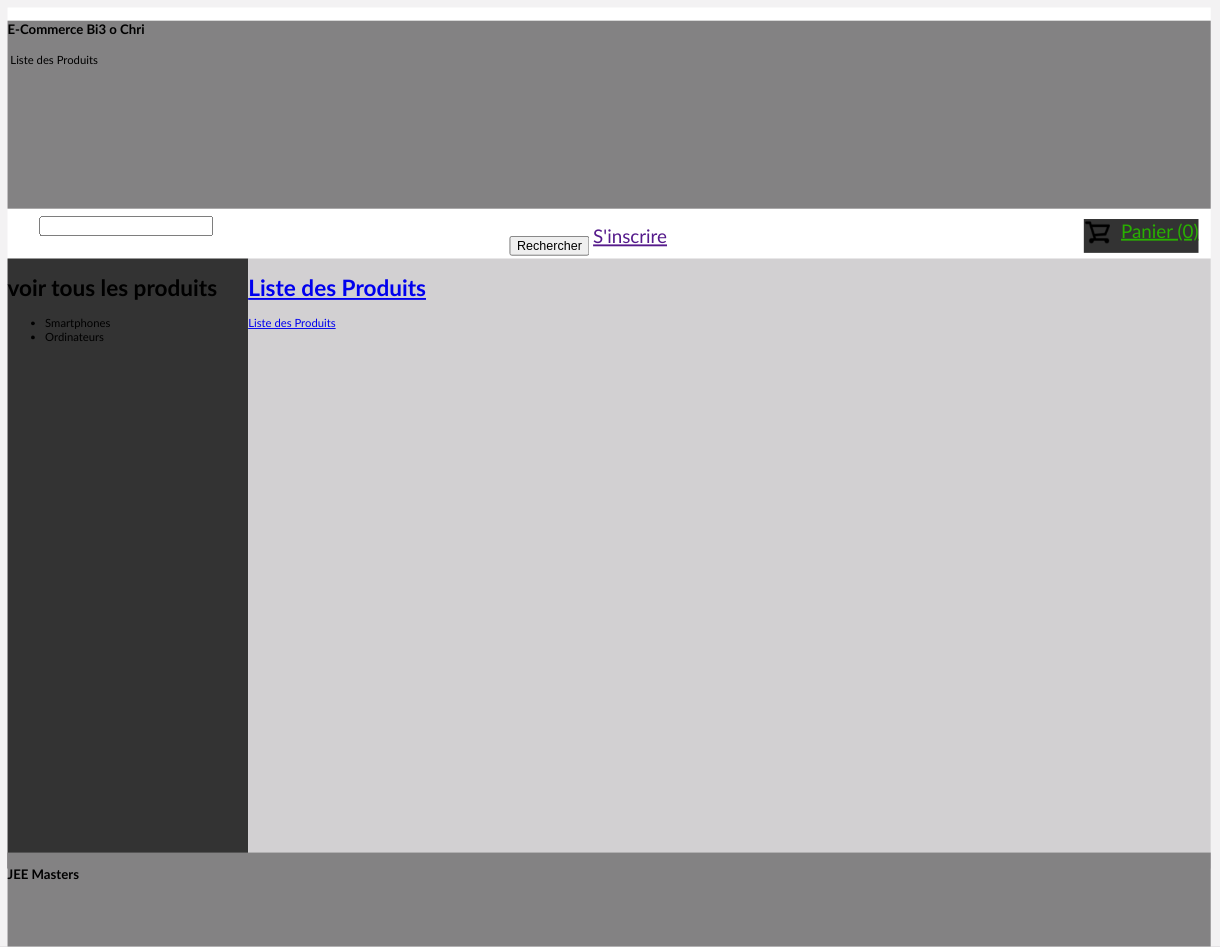
Repository: EBusinesss/Ebusiness
Page: http://localhost/EcomWEB/
The author's editor kept a copy of each file at every save. The page is drawn from the files as they stood at one save, then again after the next save.
The browser window is 1280 px wide. The page is 1298 px wide, so the pictures cover 1298 px, including what lies to the right of the window. The pictures show the whole page, at 94% of full size.
The page is served by Tomcat 9. Nobody is signed in. The application's start-up code is not run.

Above is the page before, as saved 2014-12-25 15:11:01.

After the next save:
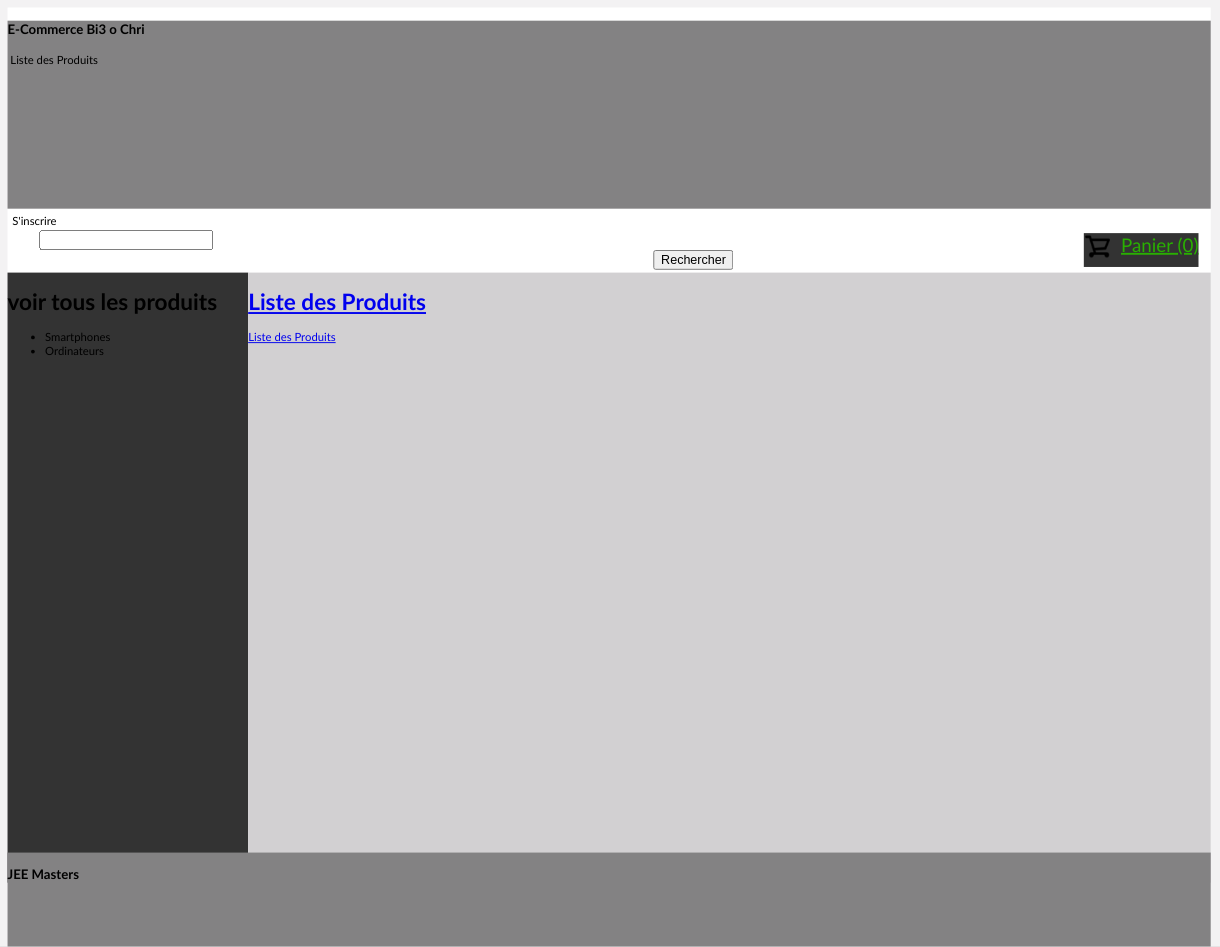
Saved 8 s later.
--- a/Workspace/EcomWEB/WebContent/index.jsp
+++ b/Workspace/EcomWEB/WebContent/index.jsp
@@ -1,10 +1,12 @@
-<%@ page language="java" contentType="text/html; charset=ISO-8859-1" pageEncoding="ISO-8859-1"%>
+<%@ page language="java" contentType="text/html; charset=ISO-8859-1"
+	pageEncoding="ISO-8859-1"%>
 
 
 <!DOCTYPE html PUBLIC "-//W3C//DTD HTML 4.01 Transitional//EN" "http://www.w3.org/TR/html4/loose.dtd">
 <html>
 <head>
-<script Src="./functions/functions.js" Language="javascript" type="text/javascript"></script>
+<script Src="./functions/functions.js" Language="javascript"
+	type="text/javascript"></script>
 <link rel="stylesheet" type="text/css" href="./style/style.css" />
 <meta http-equiv="Content-Type" content="text/html; charset=ISO-8859-1">
 <title>Insert title here</title>
@@ -12,33 +14,34 @@
 <body>
 
 
-<div id="wrapper">
+	<div id="wrapper">
 
-	<div id="header">
-	<h3>E-Commerce Bi3 o Chri</h3>
+		<div id="header">
+			<h3>E-Commerce Bi3 o Chri</h3>
 
 			<table>
-			<tr>
-				<td> <a onclick="listOfProducts()"> Liste des Produits </a> </td>
-			</tr>
+				<tr>
+					<td><a onclick="listOfProducts()"> Liste des Produits </a></td>
+				</tr>
 			</table>
 
-	</div>
+		</div>
 
-	<div id="navigation">
+		<div id="navigation">
 
 			<table class="tableNavig">
-			<tr>
-				<td>
-					<input type="text" id="nomProduitRecherche" height="10" width="25" onkeydown="if (event.keyCode==13) document.getElementById('btnSearch').click()" >
-					<div align="right" colspan="3">
-						<button onclick="Rechercher()" type="button" id="btnSearch">Rechercher</button>
-					</div>
-				</td>
+				<tr>
+					<td><input type="text" id="nomProduitRecherche" height="10"
+						width="25"
+						onkeydown="if (event.keyCode==13) document.getElementById('btnSearch').click()">
+						<div align="right" colspan="3">
+							<button onclick="Rechercher()" type="button" id="btnSearch">Rechercher</button>
+						</div></td> S'inscrire
+					</a> </td>
 
-				<td> <a href=""> S'inscrire</a> </td>
 
-				<td>
+
+					<td>
 					<div class="Basket">
 							<div class="icn-Basket"></div>
 							<a href="" class="HeaderLink" target="_top">
@@ -63,7 +66,9 @@
 	</div>
 
 	<div id="content">
-	<h1><a href="http://localhost:8080/EcomWEB/ListProductServlet">Liste des Produits </a><br></h1>
+	<h1>
+				<a href="http://localhost:8080/EcomWEB/ListProductServlet">Liste des Produits </a><br>
+			</h1>
 
 	<a href="http://localhost:8080/EcomWEB/ListProductServlet">Liste des Produits </a>
 	</div>

After the save that followed:
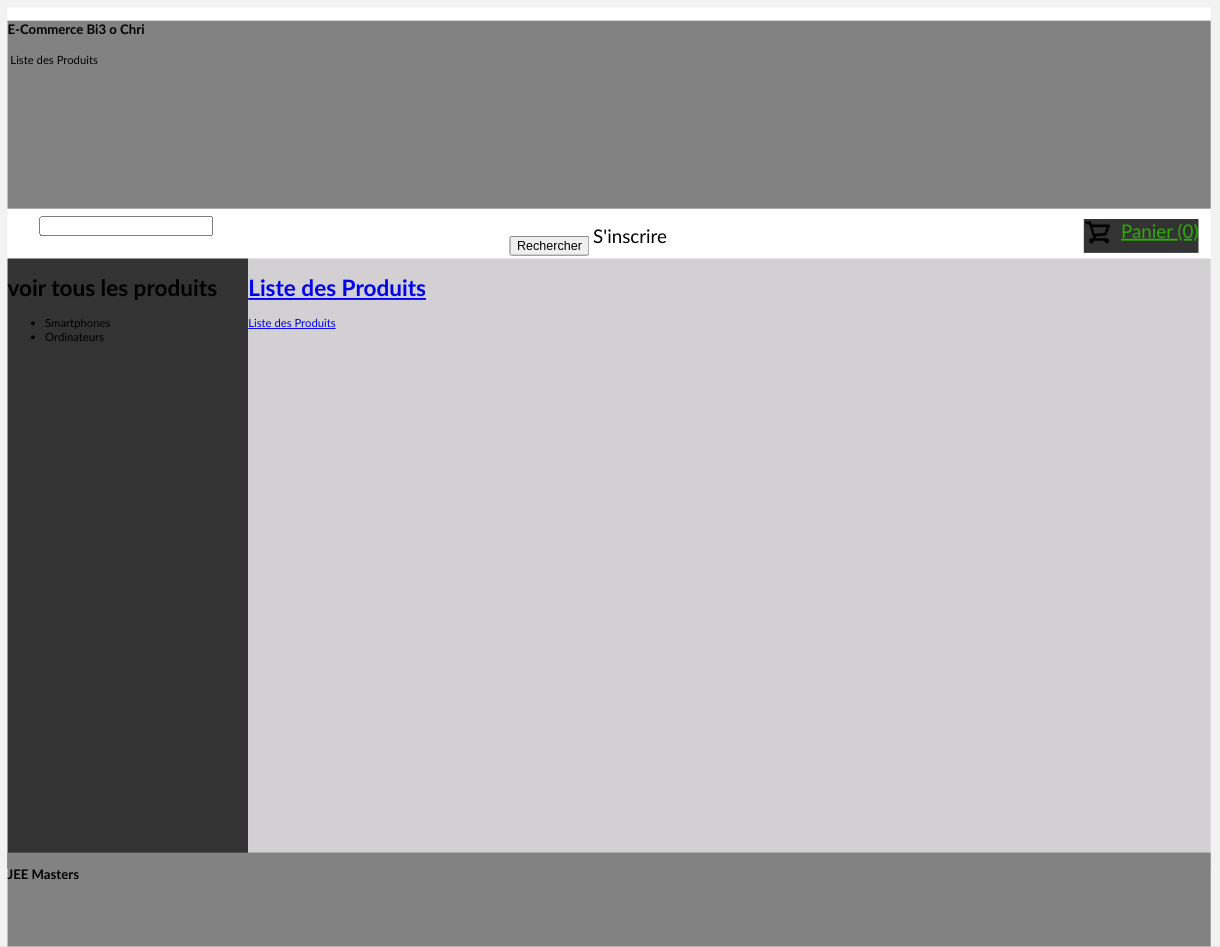
Saved 68 s later.
--- a/Workspace/EcomWEB/WebContent/index.jsp
+++ b/Workspace/EcomWEB/WebContent/index.jsp
@@ -34,9 +34,12 @@
 					<td><input type="text" id="nomProduitRecherche" height="10"
 						width="25"
 						onkeydown="if (event.keyCode==13) document.getElementById('btnSearch').click()">
-						<div align="right" colspan="3">
+						<div align="right">
 							<button onclick="Rechercher()" type="button" id="btnSearch">Rechercher</button>
-						</div></td> S'inscrire
+						</div></td>
+
+					<td><a>
+						S'inscrire
 					</a> </td>
 
 
